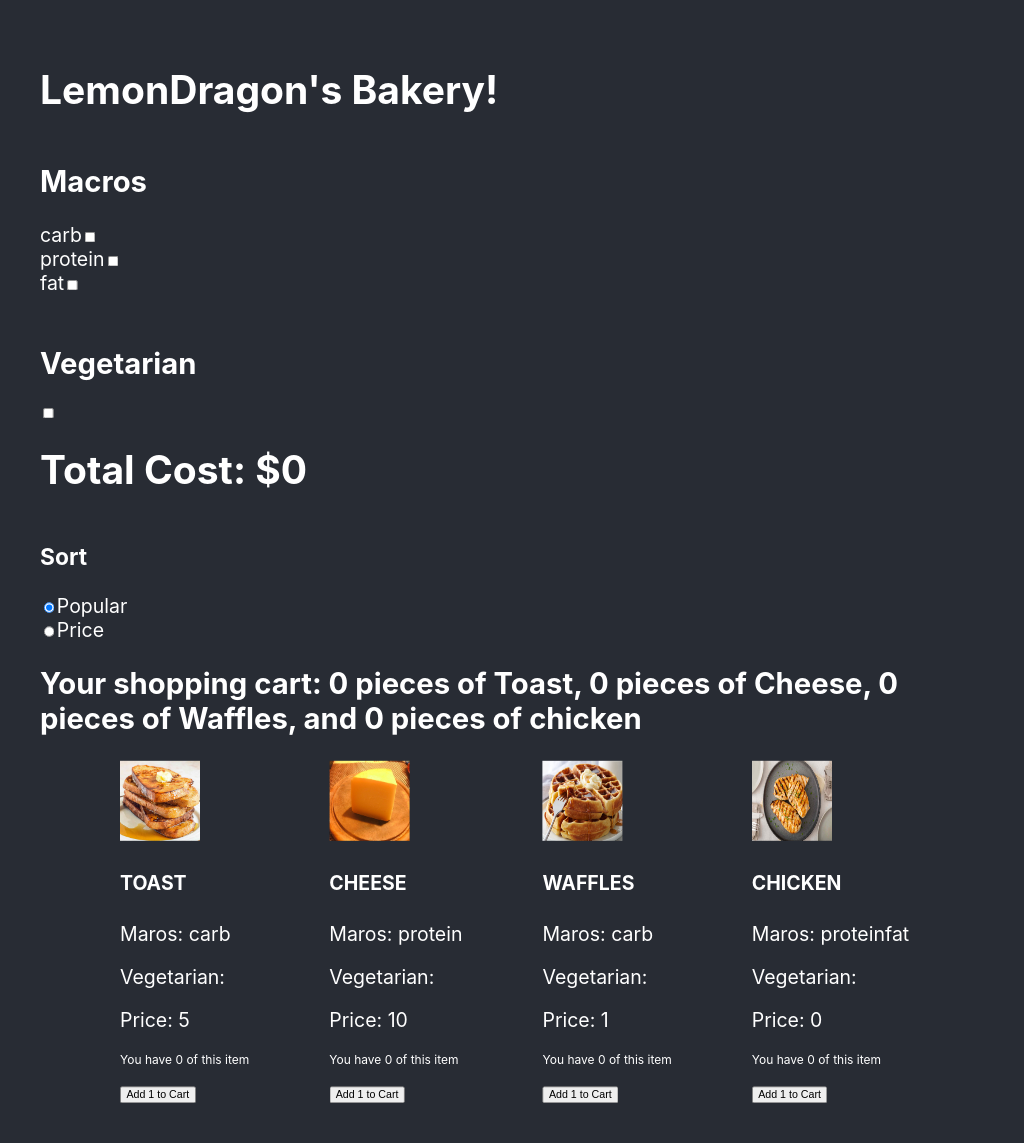
Repository: happydragon200/development
Page: /
The author's editor kept a copy of each file at every save. The page is drawn from the files as they stood at one save, then again after the next save.
The browser window is 1280 px wide. The pictures show the whole page, at 80% of full size.
The project was rebuilt for these pictures with package versions that can differ from the ones it lists, and the page was loaded fresh each time.

Above is the page before, as saved 2022-12-02 06:24:03.

### src/App.js
import React, { useState } from 'react'
import baguette from './images/baguette.jpg'
import toast from './images/toast.png'
import cheese from './images/cheese.jpg'
import waffle from './images/waffle.jpg'
import chicken from './images/chicken.jpg'
import Container from 'react-bootstrap/Container'
import Nav from 'react-bootstrap/Nav'
import Navbar from 'react-bootstrap/Navbar'
import NavDropdown from 'react-bootstrap/NavDropdown'
import './App.css'

function App() {
  return (
    <div>
      <div className="App">
        <header className="App-header">
          <h1>LemonDragon's Bakery!</h1>
          <Menu />
        </header>
      </div>
    </div>
  )
}

function FilterBar(props) {
  const { selected, changeSelected } = props

  const carbsButton = FilterButton(selected, changeSelected, 'carb')
  const proteinButton = FilterButton(selected, changeSelected, 'protein')
  const fatButton = FilterButton(selected, changeSelected, 'fat')

  const pieButton = FilterButton(selected, changeSelected, 'pie')
  const cakeButton = FilterButton(selected, changeSelected, 'cake')
  const otherButton = FilterButton(selected, changeSelected, 'other')

  const buttons = [carbsButton, proteinButton, fatButton]

  return (
    <div>
      {buttons}
      <h1>{selected}</h1>
    </div>
  )
}

function VegButton(props) {
  const { veg, changeVeg } = props

  const clickChange = () => {
    changeVeg(!veg)
  }

  return (
    <input
      type="checkbox"
      id="vegetarian"
      name="Vegetarian"
      // value="Paneer"
      checked={veg}
      onChange={clickChange}
    />
  )
}

function FilterButton(selected, changeSelected, tag) {
  // const { selected, changeSelected, tag } = props

  const clickChange = () => {
    if (selected.includes(tag)) {
      // const new_selected = selected.remove(tag)

      var new_selected = selected.filter(function (value, index, arr) {
        return value !== tag
      })
      changeSelected(new_selected)
    } else {
      const new_selected = [...selected]
      new_selected.push(tag)
      changeSelected(new_selected)
    }
  }

  return (
    <div>
      {tag}
      <input
        type="checkbox"
        id="topping"
        name="topping"
        value="Paneer"
        // checked={man}
        onChange={clickChange}
      />
    </div>
  )
}

function Menu() {
  const [selected, changeSelected] = useState([])

  const [chosen, changeChosen] = useState('Popular')
  const [veg, changeVeg] = useState(false)

  const [toast_count, toast_setcount] = useState(0)
  const [cheese_count, cheese_setcount] = useState(0)
  const [waffle_count, waffle_setcount] = useState(0)
  const [chicken_count, chicken_setcount] = useState(0)

  const toast_price = 5
  const cheese_price = 10
  const waffle_price = 1
  const chicken_price = 0

  const toast_comp = [
    ['carb'],
    true,
    toast_price,
    BakeryItem(
      'toast',
      ['carb'],
      true,
      toast_price,
      toast,
      toast_count,
      toast_setcount,
    ),
  ]
  const cheese_comp = [
    ['protein'],
    true,
    cheese_price,
    BakeryItem(
      'cheese',
      ['protein'],
      true,
      cheese_price,
      cheese,
      cheese_count,
      cheese_setcount,
    ),
  ]
  const waffle_comp = [
    ['carb'],
    true,
    waffle_price,
    BakeryItem(
      'waffles',
      ['carb'],
      true,
      waffle_price,
      waffle,
      waffle_count,
      waffle_setcount,
    ),
  ]

  const chicken_comp = [
    ['protein', 'fat'],
    false,
    chicken_price,
    BakeryItem(
      'chicken',
      ['protein', 'fat'],
      false,
      chicken_price,
      chicken,
      chicken_count,
      chicken_setcount,
    ),
  ]

  var final_list = [toast_comp, cheese_comp, waffle_comp, chicken_comp]

  if (selected.length > 0) {
    final_list = final_list.filter(function (food) {
      for (let i = 0; i < selected.length; i++) {
        const option = selected[i]

        if (!food[0].includes(option)) {
          return false
        }
      }
      return true
    })
  }

  if (veg) {
    final_list = final_list.filter(food => food[1])
  }

  if (chosen === 'Price') {
    console.log('DSKFJSKLJFLSLDFj')
    final_list.sort(function (a, b) {
      return a[1] - b[1]
    })
  }

  final_list = final_list.map((item) => item.slice(-1))

  // console.log('sorted')

  // console.log(final_list)
  // console.log('hm')

  return (
    <>
      <h2>Macros</h2>
      <FilterBar selected={selected} changeSelected={changeSelected} />
      <div></div>
      <div></div>
      <h2>Vegetarian</h2>
      <VegButton veg={veg} changeVeg={changeVeg} />
      <h1>
        Total Cost: $
        {toast_count * toast_price +
          cheese_count * cheese_price +
          waffle_count * waffle_price +
          chicken_count * chicken_price}
      </h1>
      <SortPriceButton chosen={chosen} changeChosen={changeChosen} />
      <h2>
        Your shopping cart: {toast_count} pieces of Toast, {cheese_count} pieces
        of Cheese, {waffle_count} pieces of Waffles, and {chicken_count} pieces
        of chicken
      </h2>

      <div className="flex-parent">{final_list}</div>
    </>
  )
}

function SortPriceButton(props) {
  const { chosen, changeChosen } = props

  const handlePrice = () => {
    changeChosen('Price')
  }

  const handlePopular = () => {
    changeChosen('Popular')
  }

  return (
    <div>
      <h3>Sort</h3>
      <div className="radio">
        <label>
          <input
            type="radio"
            // label="Popular"
            checked={chosen === 'Popular'}
            onChange={handlePopular}
          />
          Popular
        </label>
      </div>
      <div className="radio">
        <label>
          <input
            type="radio"
            // label="Price"
            checked={chosen === 'Price'}
            onChange={handlePrice}
          />
          Price
        </label>
      </div>
    </div>
  )
}

function BakeryItem(label, macros, veg, price, img, count, setCount) {
  // const { img, count, setCount } = prop

  return (
    <div className="pad">
      <img src={img} className="Item-small" />
      <h4>{label.toUpperCase()}</h4>
      <p>Maros: {macros}</p>
      <p>Vegetarian: {veg}</p>
      <p>Price: {price}</p>
      <p className="smull">You have {count} of this item</p>
      <button onClick={() => setCount(count + 1)}>Add 1 to Cart</button>

      {count > 0 && (
        <button onClick={() => setCount(count - 1)}>Remove 1 from Cart</button>
      )}
    </div>
  )
}

export default App

// const [type, setType] = useState('ALL')

// var foods = [
//   {
//     name: 'toast',
//     type: 'bread',
//     price: 5,
//     img: { toast },
//     count: { toast_count },
//   },
//   {
//     name: 'cheese',
//     type: 'protein',
//     price: 10,
//     img: { cheese },
//     count: { cheese_count },
//   },
//   {
//     name: 'waffle',
//     type: 'bread',
//     price: 100,
//     img: { waffle },
//     count: { waffle_count },
//   },
// ]

// foods.filter(function (value, index, arr) {
//   return value
// })

### src/App.css
.App {
  /* text-align: center; */
}

.App-logo {
  height: 40vmin;
  pointer-events: none;
}

@media (prefers-reduced-motion: no-preference) {
  .App-logo {
    animation: App-logo-spin infinite 20s linear;
  }
}

.App-header {
  background-color: #282c34;
  min-height: 100vh;
  display: flex;
  flex-direction: column;
  align-items: flex-start;
  justify-content: flex-start;
  font-size: calc(10px + 2vmin);
  padding: 50px 50px 50px 50px;
  color: white;
}

.App-link {
  color: #61dafb;
}

.Item-small {
  height: 100px;
  width: 100px;
}

.inline {
  justify-content: space-around;
}

.pad {
  padding: 0px 0px 0px 100px;
}

.flex-parent {
  display: flex;
  justify-content: space-around;

}

.smull {
  font-size: 15px;
}

@keyframes App-logo-spin {
  from {
    transform: rotate(0deg);
  }
  to {
    transform: rotate(360deg);
  }
}

Loaded but not shown: public/index.html (common file); src/index.js (common file); src/index.css (common file)

After the next save:
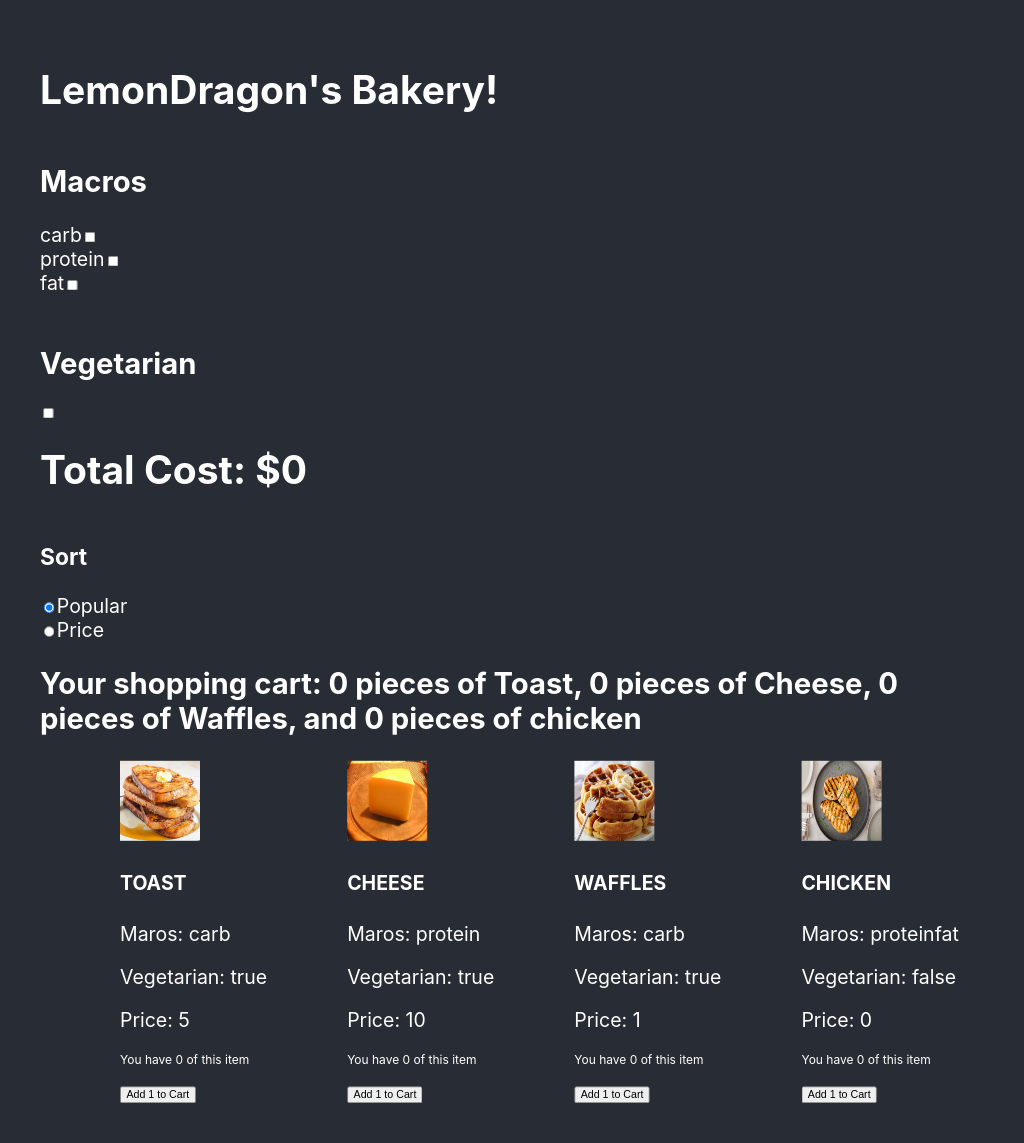
Saved 87 s later.
--- a/src/App.js
+++ b/src/App.js
@@ -278,7 +278,7 @@ function BakeryItem(label, macros, veg, price, img, count, setCount) {
       <img src={img} className="Item-small" />
       <h4>{label.toUpperCase()}</h4>
       <p>Maros: {macros}</p>
-      <p>Vegetarian: {veg}</p>
+      <p>Vegetarian: {veg.toString()}</p>
       <p>Price: {price}</p>
       <p className="smull">You have {count} of this item</p>
       <button onClick={() => setCount(count + 1)}>Add 1 to Cart</button>
